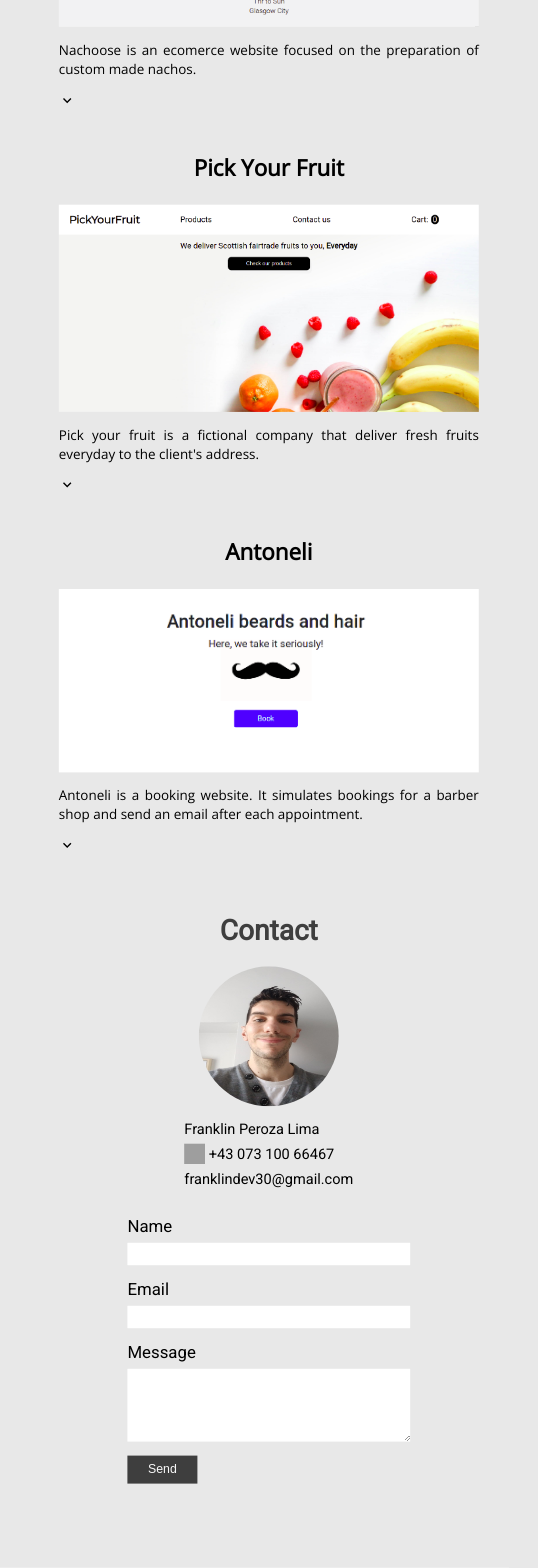
Repository: franklinpl/portfolio
Page: /
The author's editor kept a copy of each file at every save. The page is drawn from the files as they stood at one save, then again after the next save.
The browser window is 768 px wide. The pictures show the part of the page from y = 1258 to 3498 px (the page is 3498 px tall), at 70% of full size.
Pictures or frames that could not be fetched are drawn as grey boxes. The project was rebuilt for these pictures with package versions that can differ from the ones it lists, and the page was loaded fresh each time.

Above is the page before, as saved 2022-09-29 17:18:22.

After the next save:
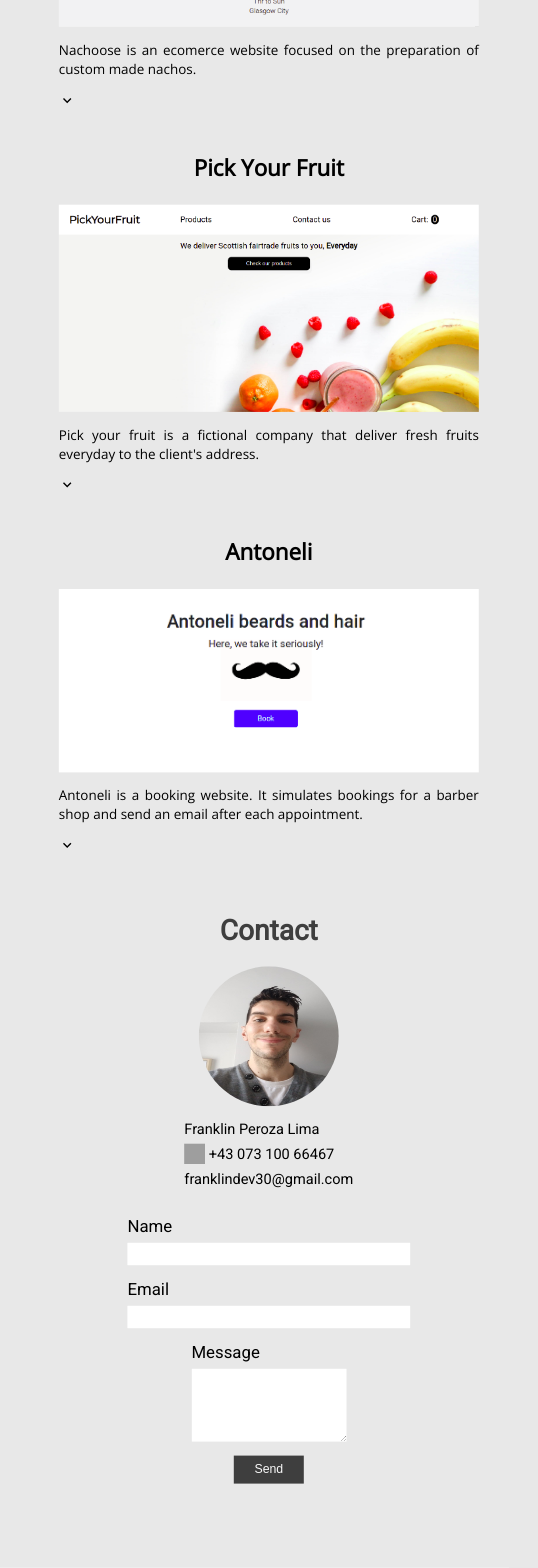
Saved 23 s later.
--- a/src/components/Contact.css
+++ b/src/components/Contact.css
@@ -90,7 +90,7 @@ form div input{
 
 @media(max-width:770px){
     .form-and-info{flex-direction: column-reverse; justify-content: center; align-items: center;}
-    form{display:flex; flex-direction: column;}
+    form{display:flex; flex-direction: column; align-items: center; justify-content: center;}
     #franklin-picture{align-self: center; margin-top:0px}
 }
 
